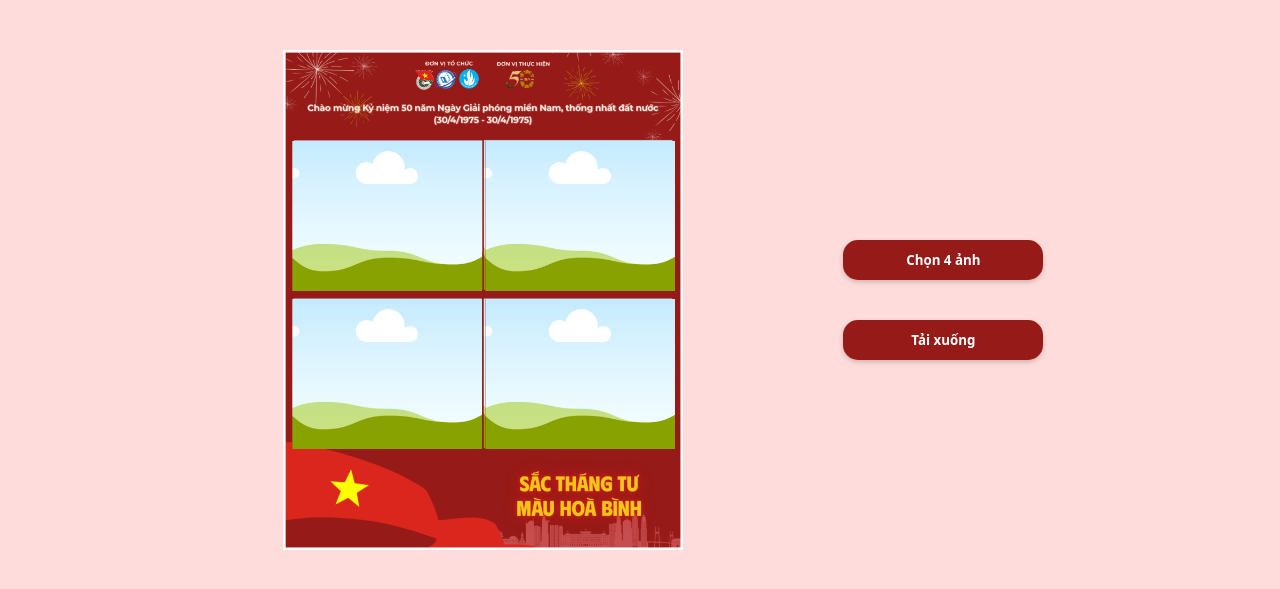
Repository: nguyentambinh/tuoitretdmu
Page: http://localhost/
These files come from the project's save history. The page is drawn as it stood at one moment and after a run of saves; the edit follows.
The browser window is 1280 px wide. The pictures show the whole page.
The page is run by PHP 8.4 with error messages shown; the project is at /var/www/html/.

Above is the page before, as saved 2025-04-10 14:24:23.

### index.php
<!DOCTYPE html>
<html lang="en">
<head>
    <meta charset="UTF-8">
    <meta name="viewport" content="width=device-width, initial-scale=1.0">
    <link rel="stylesheet" href="main.css">

    <title>Chào mừng Kỷ niệm 50 năm Ngày Giải phóng miền Nam, thống nhất đất nước</title>
</head>
<body>

    <div class = "container-box">
        <div class="background-box">
            <div class="picture-box">
                <img src="/picture/1.png" alt="" class="img-sub w-full h-[150px] object-cover rounded">
                <img src="\picture\2.png" alt="" class="img-sub w-full h-[150px] object-cover rounded">
                <img src="\picture\3.png" alt="" class="img-sub w-full h-[150px] object-cover rounded">
                <img src="\picture\4.png" alt="" class="img-sub w-full h-[150px] object-cover rounded">
            </div>
        </div>
        <div class="control-box">
            <button id="btn-add-picture" class=" btn-custom">
                Chọn 4 ảnh
            </button>
            <button class="btn-custom btn-dowload-picture">Tải xuống</button>
        </div>
    </div>
</body>
<script src="https://cdnjs.cloudflare.com/ajax/libs/html2canvas/1.4.1/html2canvas.min.js"></script>

<script src="main.js"></script>


</html>

### main.css
body {
    background-color: #ffdcdc;
    margin: 0;
    padding: 0;
    display: flex;
    justify-content: center;
    margin-top: 50px;
}

.container-box {
    display: grid;
    grid-template-columns: 1fr 0.5fr;
    gap: 20px;
    width: 900px;
    max-width: 100%;
}



.background-box {
    display: flex;
    align-items: center;
    justify-content: center;
    background-position: center;
    background-image: url('./picture/FRAMEPHOTOBOOTH304.png');
    background-size: contain;
    background-repeat: no-repeat;
    gap:3px;
    width: 100%;
    height: 500px;

}
.picture-box{
    display: grid;
    grid-template-columns: 1fr 1fr;
    grid-template-rows: 1fr 1fr;
    gap: 8px 3px;
    margin-top: -10px;
}
.control-box {
    display: flex;
    flex-direction: column;
    align-items: center;
    justify-content: center;
}

.btn-custom {
    background-color: #961A17;
    border-radius: 15px;
    font-weight: bold;
    font-family: system-ui;
    width: 200px;
    height: 40px;
    color: white;
    margin: 20px 0;
    border: none;
    box-shadow: 0 2px 5px rgba(0,0,0,0.2);
    cursor: pointer;
}
@media screen and (max-width: 720px) {
    .container-box {
        grid-template-columns: 1fr;
        grid-template-rows: auto auto;
        width: 100%;
        padding: 0 10px;
        margin: 5px 0;
    }

    .control-box {
        align-items: center;
    }
    .btn-custom{
        width: 300px;
    }
}
.img-sub{
    width: 190px;
    height: 150px;
    background-size: contain;
}

### main.js

  document.getElementById("btn-add-picture").addEventListener("click", function () {
    const input = document.createElement("input");
    input.type = "file";
    input.accept = "image/*";
    input.multiple = true;
    input.style.display = "none";
    input.addEventListener("change", function (e) {
      const files = e.target.files;
      const imgElements = document.querySelectorAll(".background-box .img-sub");

      for (let i = 0; i < imgElements.length; i++) {
        if (files[i]) {
          const reader = new FileReader();
          reader.onload = function (event) {
            imgElements[i].src = event.target.result;
          };
          reader.readAsDataURL(files[i]);
        } else {
          imgElements[i].src = "";
        }
      }
    });

    document.body.appendChild(input);
    input.click();
    input.remove();
  });

After the next 2 saves:
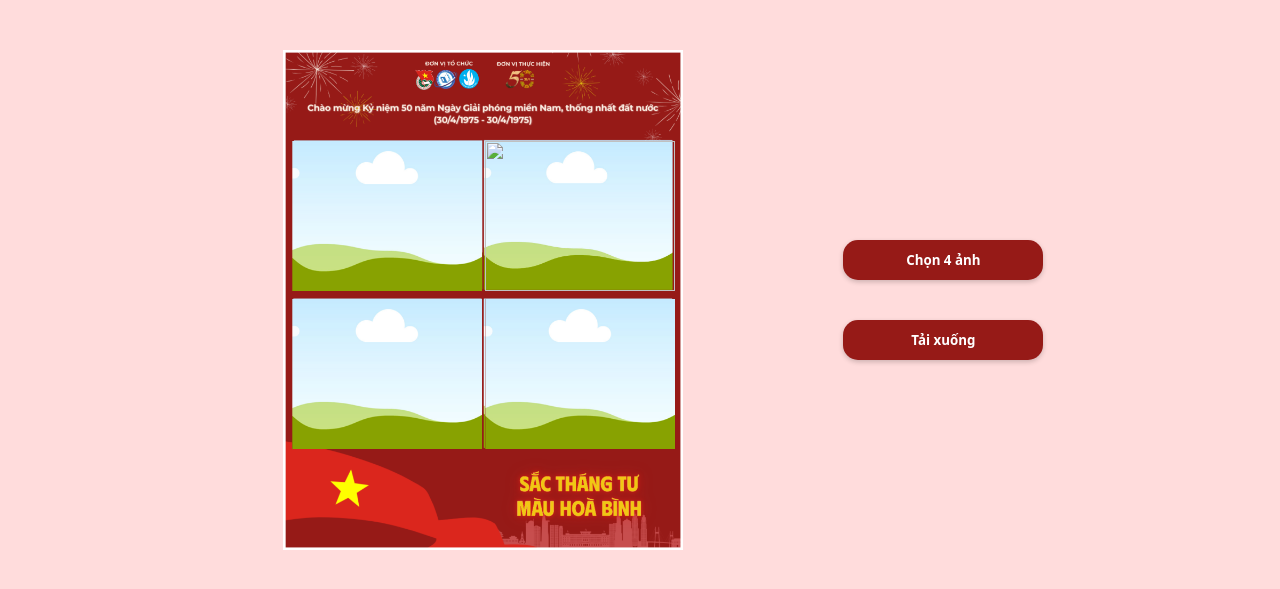
Not found: picture2.png
The 2 saves are shown as one change because they came seconds apart.
The last was saved 7 s later.
--- a/index.php
+++ b/index.php
@@ -13,7 +13,7 @@
         <div class="background-box">
             <div class="picture-box">
                 <img src="/picture/1.png" alt="" class="img-sub w-full h-[150px] object-cover rounded">
-                <img src="\picture\2.png" alt="" class="img-sub w-full h-[150px] object-cover rounded">
+                <img src="/picture2.png" alt="" class="img-sub w-full h-[150px] object-cover rounded">
                 <img src="\picture\3.png" alt="" class="img-sub w-full h-[150px] object-cover rounded">
                 <img src="\picture\4.png" alt="" class="img-sub w-full h-[150px] object-cover rounded">
             </div>

After the 4 saves that followed:
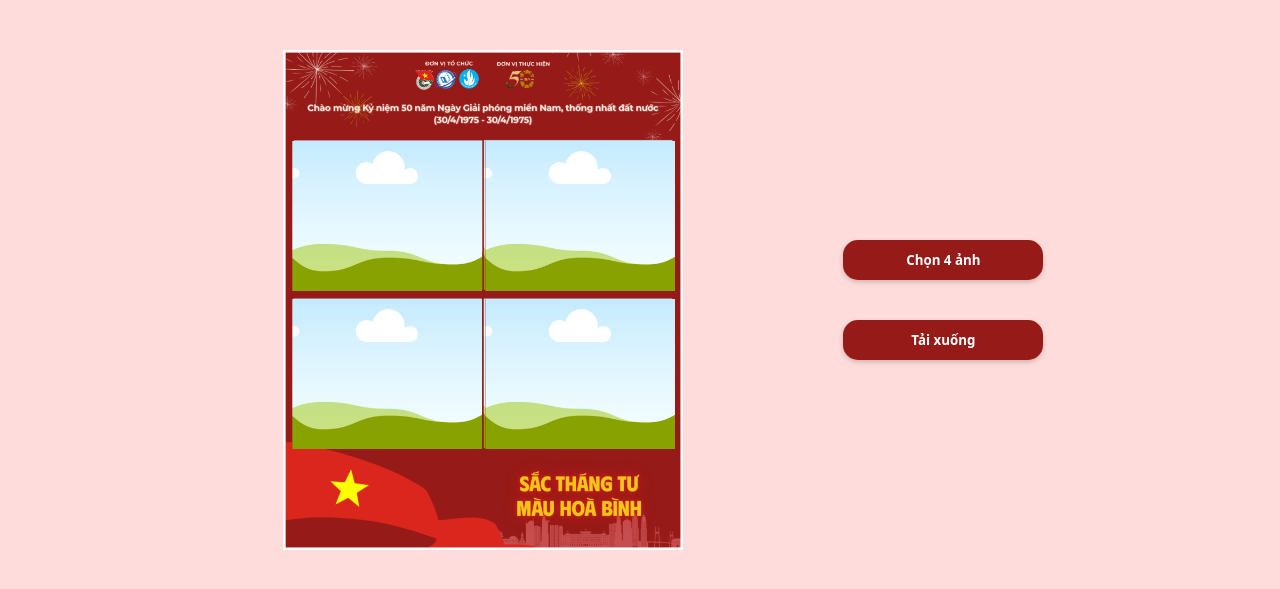
The 4 saves are shown as one change because they came seconds apart.
The last was saved 15 s later.
--- a/index.php
+++ b/index.php
@@ -13,9 +13,9 @@
         <div class="background-box">
             <div class="picture-box">
                 <img src="/picture/1.png" alt="" class="img-sub w-full h-[150px] object-cover rounded">
-                <img src="/picture2.png" alt="" class="img-sub w-full h-[150px] object-cover rounded">
-                <img src="\picture\3.png" alt="" class="img-sub w-full h-[150px] object-cover rounded">
-                <img src="\picture\4.png" alt="" class="img-sub w-full h-[150px] object-cover rounded">
+                <img src="/picture/2.png" alt="" class="img-sub w-full h-[150px] object-cover rounded">
+                <img src="/picture/3.png" alt="" class="img-sub w-full h-[150px] object-cover rounded">
+                <img src="/picture\4.png" alt="" class="img-sub w-full h-[150px] object-cover rounded">
             </div>
         </div>
         <div class="control-box">
